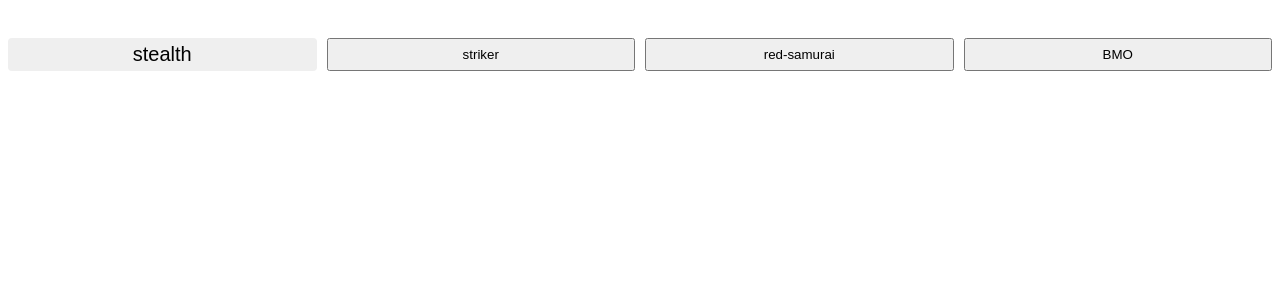
Repository: Lucid-art/Team-8-Project
Page: templates/theme.html
The author's editor kept a copy of each file at every save. The page is drawn from the files as they stood at one save, then again after a run of saves.
The browser window is 1280 px wide. The pictures show the whole page.

Above is the page before, as saved 2021-06-09 16:37:14.
Console error: TypeError: Cannot read properties of null (reading 'workTime')

After the next 2 saves:
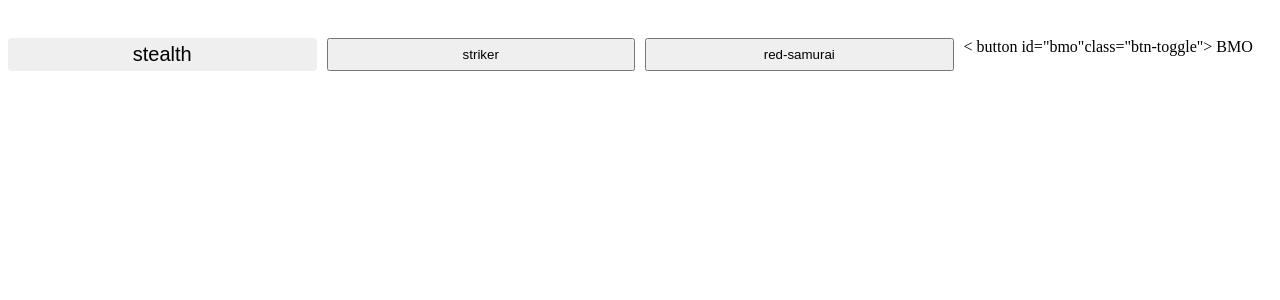
The 2 saves are shown as one change because they came seconds apart.
The last was saved 7 s later.
--- a/templates/theme.html
+++ b/templates/theme.html
@@ -12,8 +12,8 @@
     <div class="theme-buttons">
     <button id="stealth" class="button-stuff">stealth</button>
     <button id="striker"class="btn-toggle"> striker </button>
-<button id="red-samurai"class="btn-toggle"> red-samurai </button>
-<button id="bmo"class="btn-toggle"> BMO </button>
+    <button id="red-samurai"class="btn-toggle"> red-samurai </button>
+<   button id="bmo"class="btn-toggle"> BMO </button>
 
     <!-- <button class="methol" onclick="methol()">BMO</button>
     <button class="striker" onclick="striker()">striker</button>

After the 2 saves that followed:
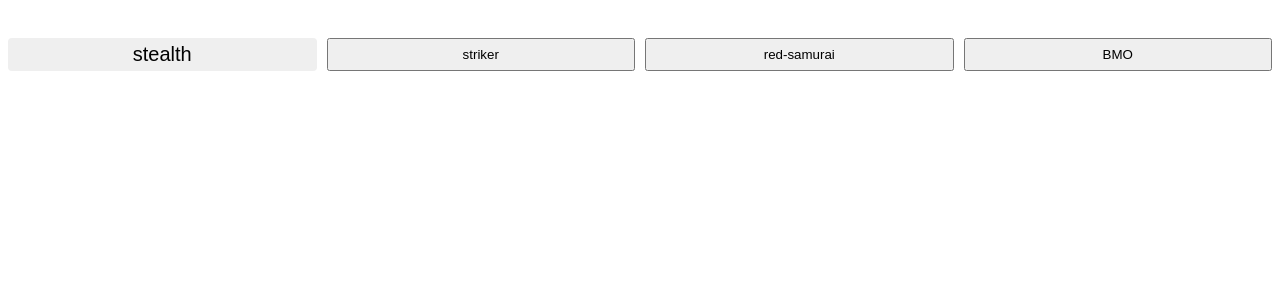
The 2 saves are shown as one change because they came seconds apart.
The last was saved 7 s later.
--- a/templates/theme.html
+++ b/templates/theme.html
@@ -13,7 +13,7 @@
     <button id="stealth" class="button-stuff">stealth</button>
     <button id="striker"class="btn-toggle"> striker </button>
     <button id="red-samurai"class="btn-toggle"> red-samurai </button>
-<   button id="bmo"class="btn-toggle"> BMO </button>
+    <button id="bmo"class="btn-toggle"> BMO </button>
 
     <!-- <button class="methol" onclick="methol()">BMO</button>
     <button class="striker" onclick="striker()">striker</button>
